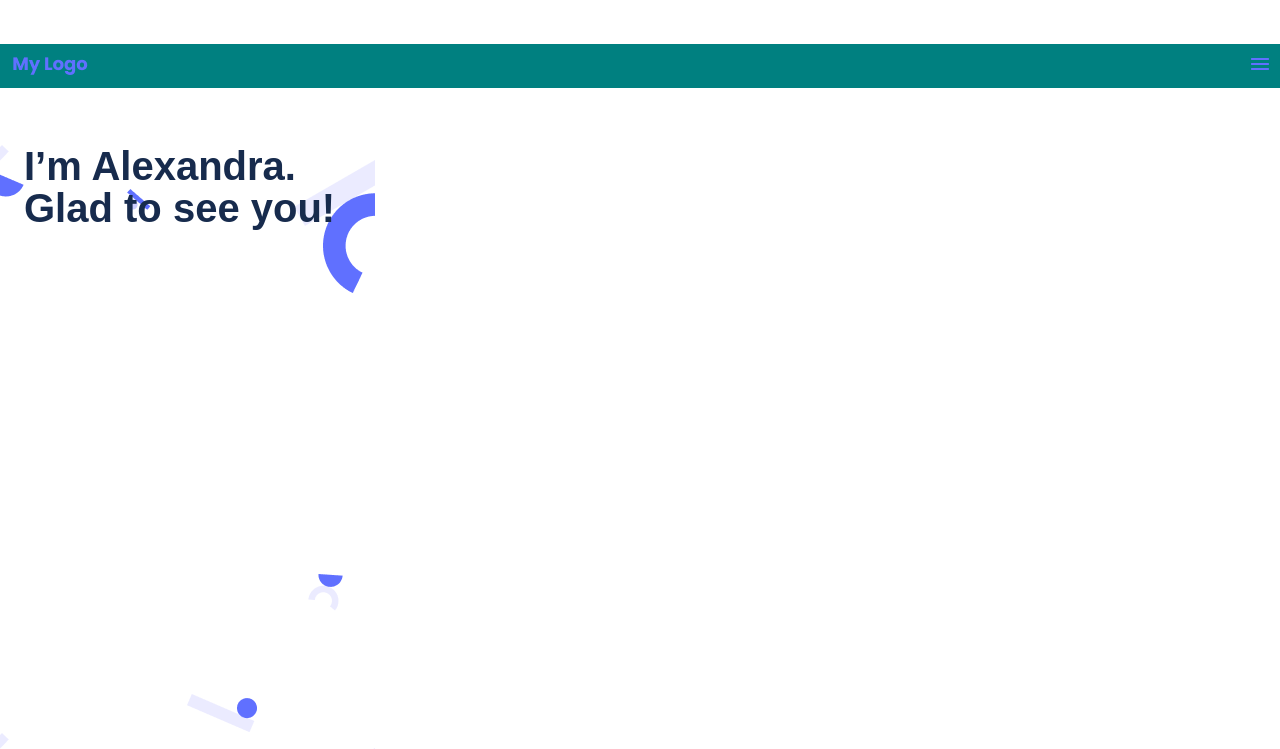
Repository: Paulinelali/potfoilo.github.io
Page: public/index.html
The author's editor kept a copy of each file at every save. The page is drawn from the files as they stood at one save, then again after the next save.
The browser window is 1280 px wide. The pictures show the whole page.

Above is the page before, as saved 2023-03-24 21:58:38.

After the next save:
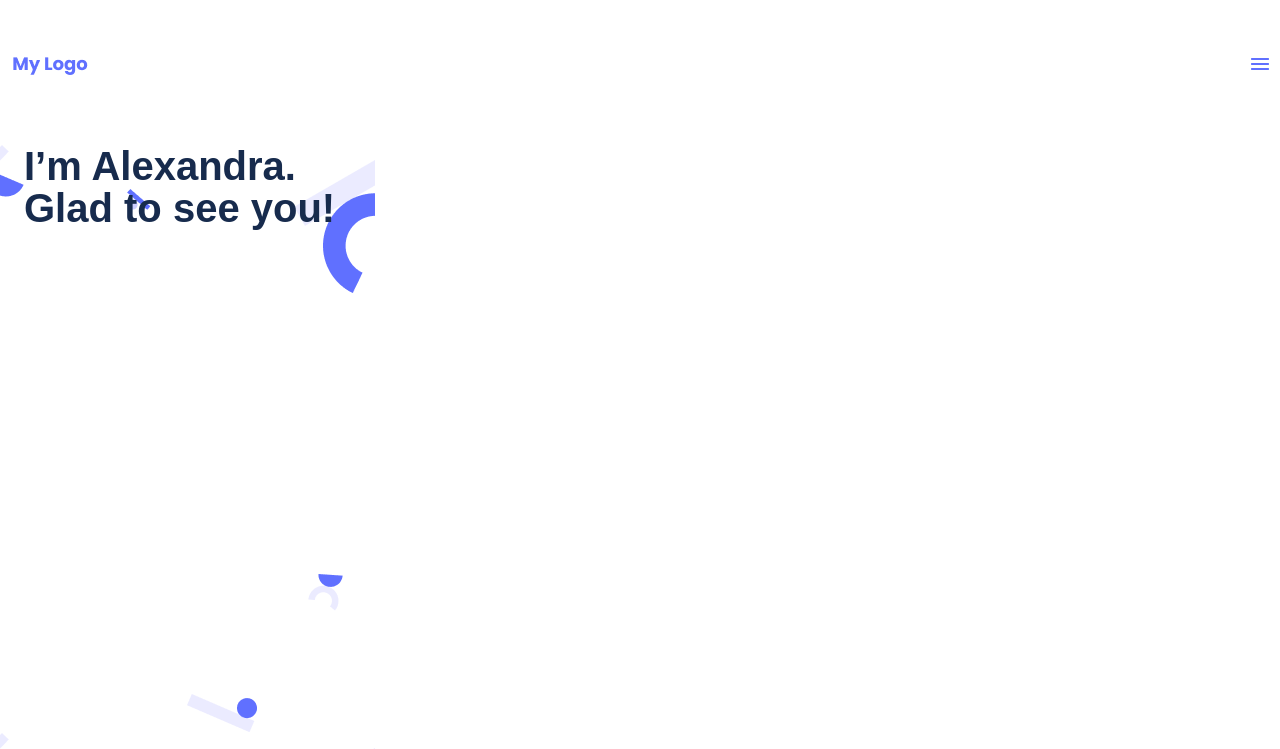
Saved 7 s later.
--- a/styles/style.css
+++ b/styles/style.css
@@ -5,7 +5,6 @@
 }
 
 .header-inner{
-    background-color: teal;
     display: flex;
     justify-content: space-between;
     position: absolute;
